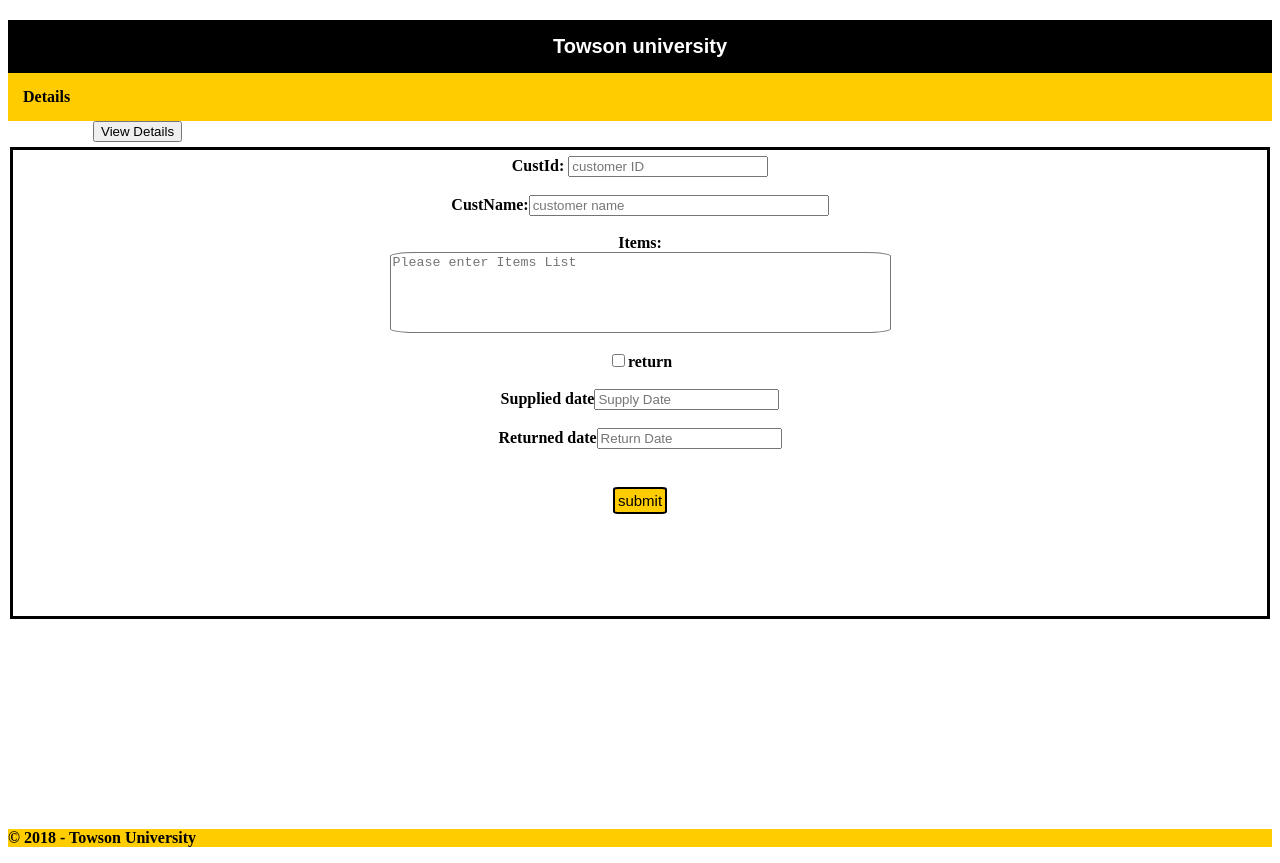
Repository: DatabaseCOSC578/eclipse-workspace11
Page: http://localhost/Supervisor/Supervisor.jsp
An editor plug-in stored every save of this project. The page is shown before and after the next save, followed by the edit.
The browser window is 1280 px wide. The pictures show the whole page.
The page is served by Tomcat 9.

Above is the page before, as saved 2018-04-15 17:07:37.

After the next save:
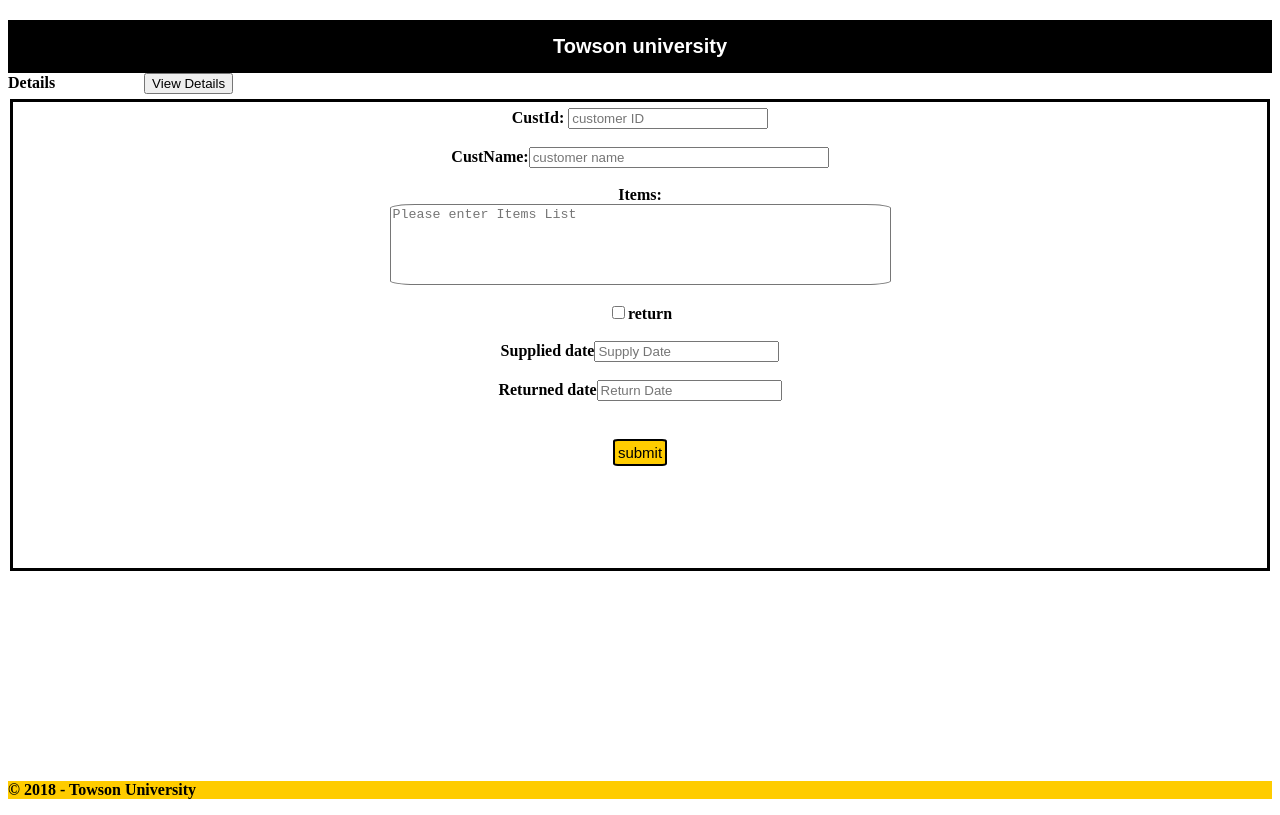
Saved 106 s later.
--- a/Supervisor/WebContent/Supervisor.jsp
+++ b/Supervisor/WebContent/Supervisor.jsp
@@ -5,7 +5,13 @@
 <body>
 <header><center>Towson university</center></header>
 <form name="inputdetails" action="store" method="post" id="form1">
-<p><b>Details</b> </p><button id="b1">View Details</button>
+<div><b>Details</b>
+
+
+<button id="b1">View Details</button>
+
+
+</div>
 <fieldset><center>
 
 <b>CustId:</b> <input type=text style="width: 200px;" name="custid " placeholder="customer ID"><br><br>
